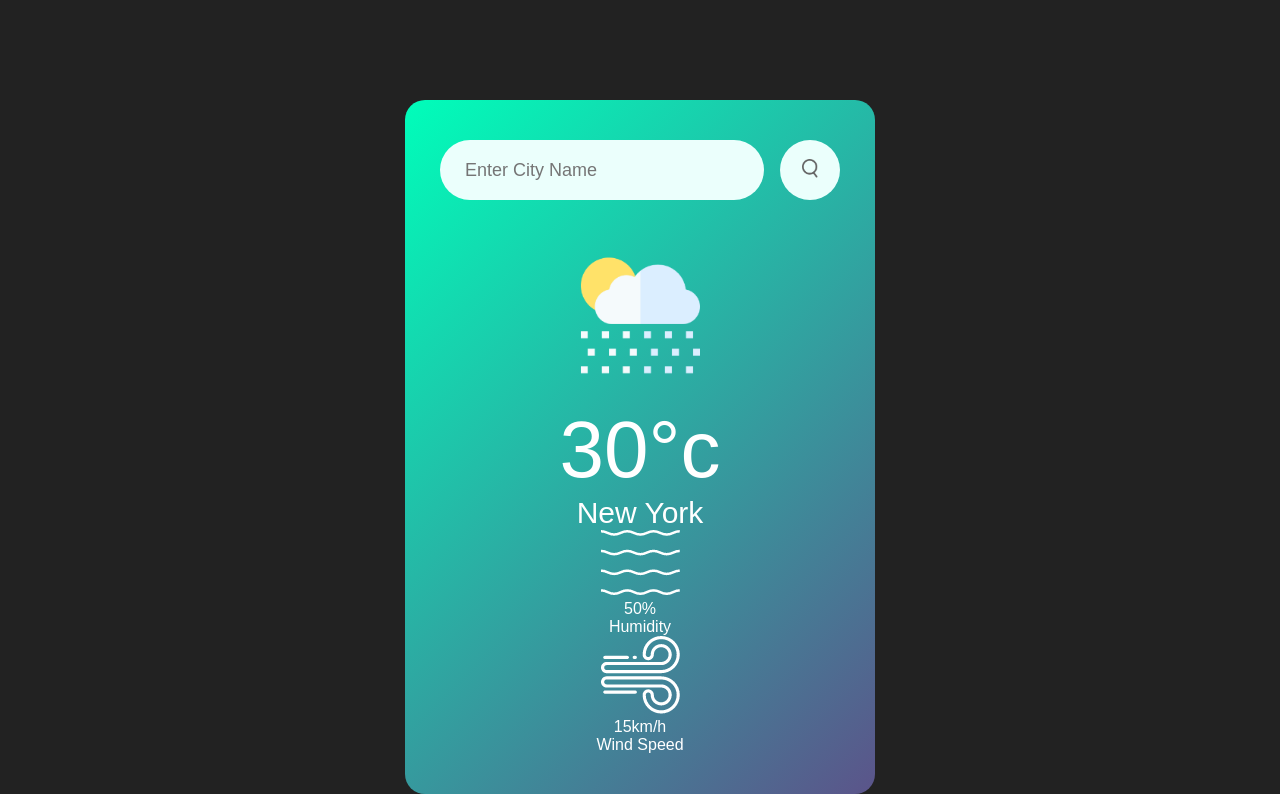
Repository: dubeprince/WeatherApp-Project
Page: WeatherApp/index.html
These files come from the project's save history. The page is drawn as it stood at one moment and after the next save; the edit follows.
The browser window is 1280 px wide. The pictures show the whole page.

Above is the page before, as saved 2023-05-26 11:14:18.

After the next save:
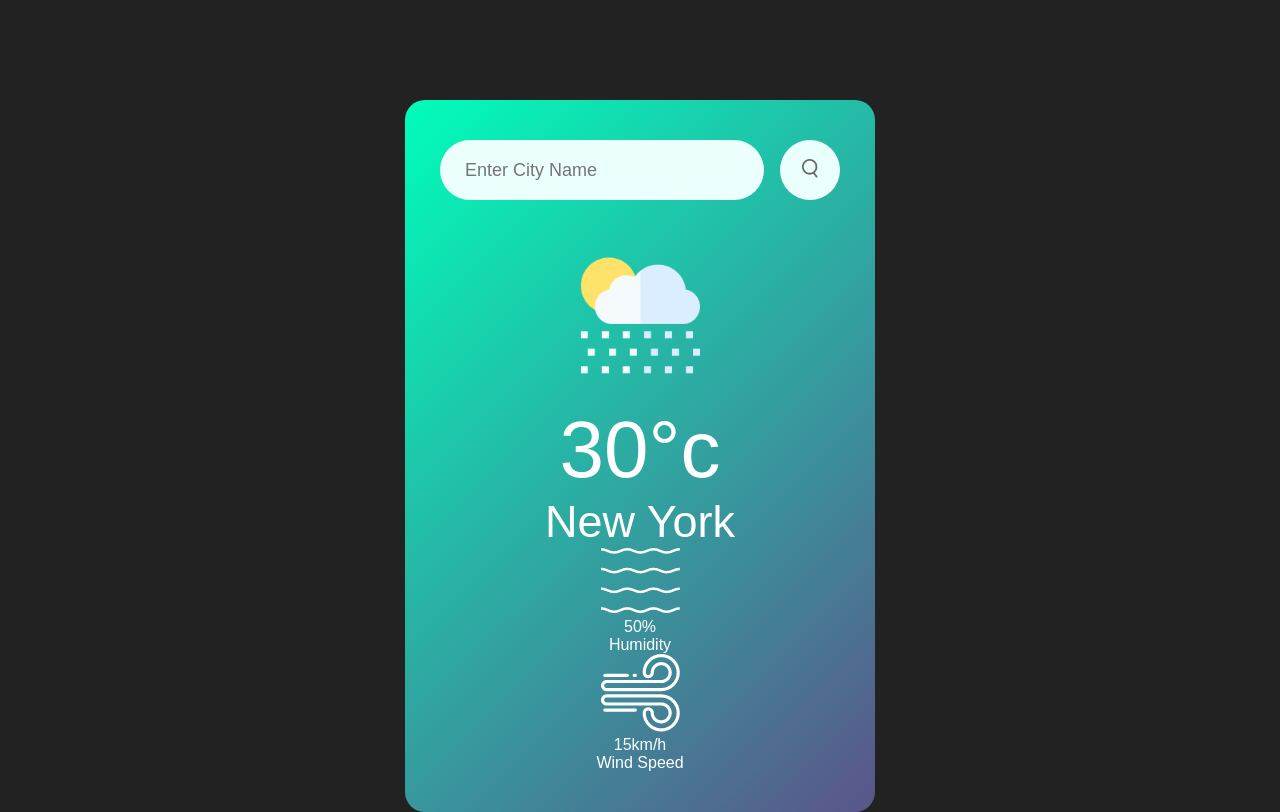
Saved 28 s later.
--- a/WeatherApp/style.css
+++ b/WeatherApp/style.css
@@ -61,5 +61,5 @@ body{
 }
 .weather h2{
     font-weight: 500;
-    font-size: 30px;
+    font-size: 45px;
 }
